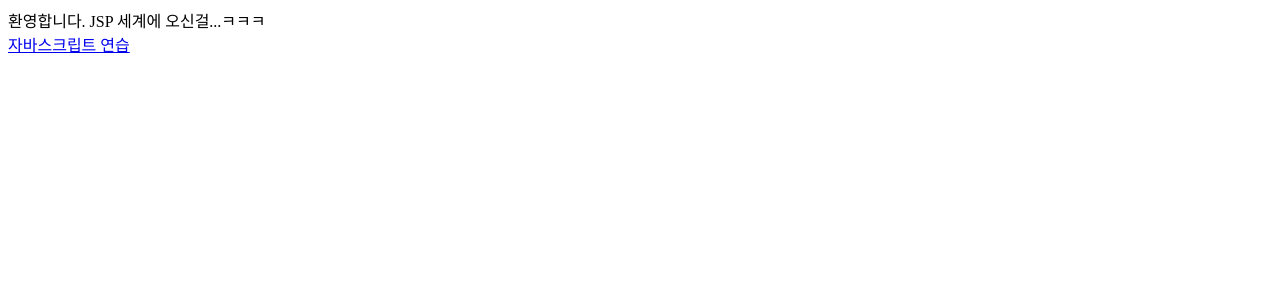
Repository: Bigdog93/WebworkspacePT
Page: http://localhost/First/
The author's editor kept a copy of each file at every save. The page is drawn from the files as they stood at one save, then again after the next save.
The browser window is 1280 px wide. The pictures show the whole page.
The page is served by Tomcat 9.

Above is the page before, as saved 2021-04-23 01:09:22.

After the next save:
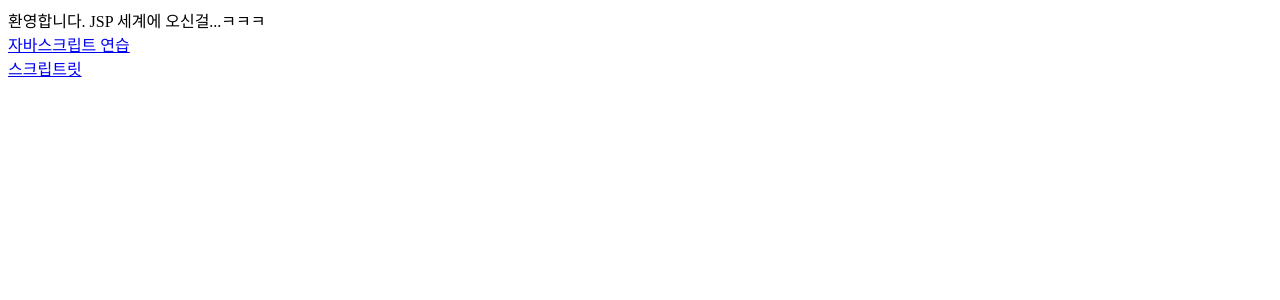
Saved 40 s later.
--- a/WebWorkSpace/First/src/main/webapp/index.jsp
+++ b/WebWorkSpace/First/src/main/webapp/index.jsp
@@ -12,5 +12,6 @@
 		환영합니다. JSP 세계에 오신걸...ㅋㅋㅋ
 	</div>
 	<div><a href="examJavascript.jsp">자바스크립트 연습</a></div>
+	<div><a href="screptlet.jsp">스크립트릿</a></div>
 </body>
 </html>
